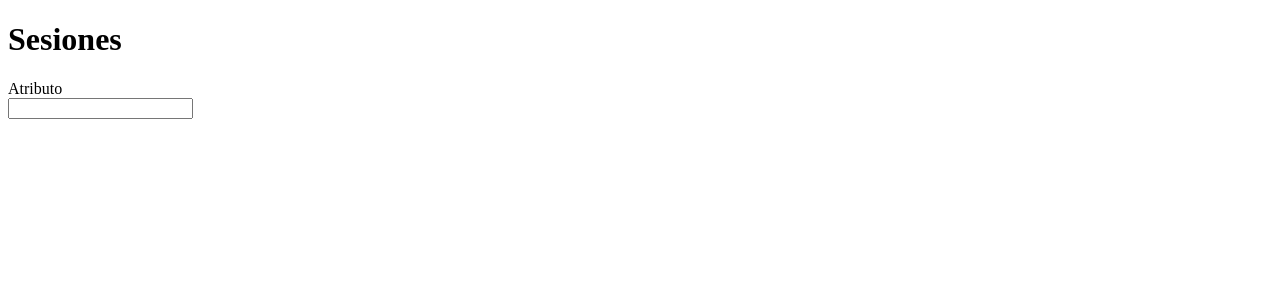
Repository: luigitinez/javaEE
Page: Sesiones/WebContent/index.html
These files come from the project's save history. The page is drawn as it stood at one moment and after the next save; the edit follows.
The browser window is 1280 px wide. The pictures show the whole page.

Above is the page before, as saved 2017-02-16 18:42:25.

### Sesiones/WebContent/index.html
<!DOCTYPE html>
<html>
<head>
<meta charset="UTF-8">
<title>Insert title here</title>
</head>
<body>
<h1>Sesiones</h1>
<form action="÷Sesiones/anyadir">
	Atributo<br>
	<input type="text" name="atributo"><br><br>
</form>

</body>
</html>

After the next save:
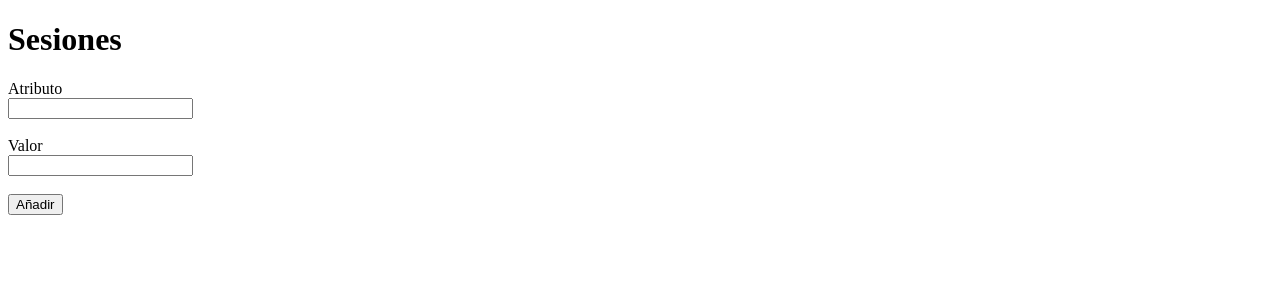
Saved 50 s later.
--- a/Sesiones/WebContent/index.html
+++ b/Sesiones/WebContent/index.html
@@ -9,6 +9,9 @@
 <form action="÷Sesiones/anyadir">
 	Atributo<br>
 	<input type="text" name="atributo"><br><br>
+	Valor<br>
+	<input type="text" name="valor"> <br><br>
+	<input type="submit" Value="Añadir">
 </form>
 
 </body>
